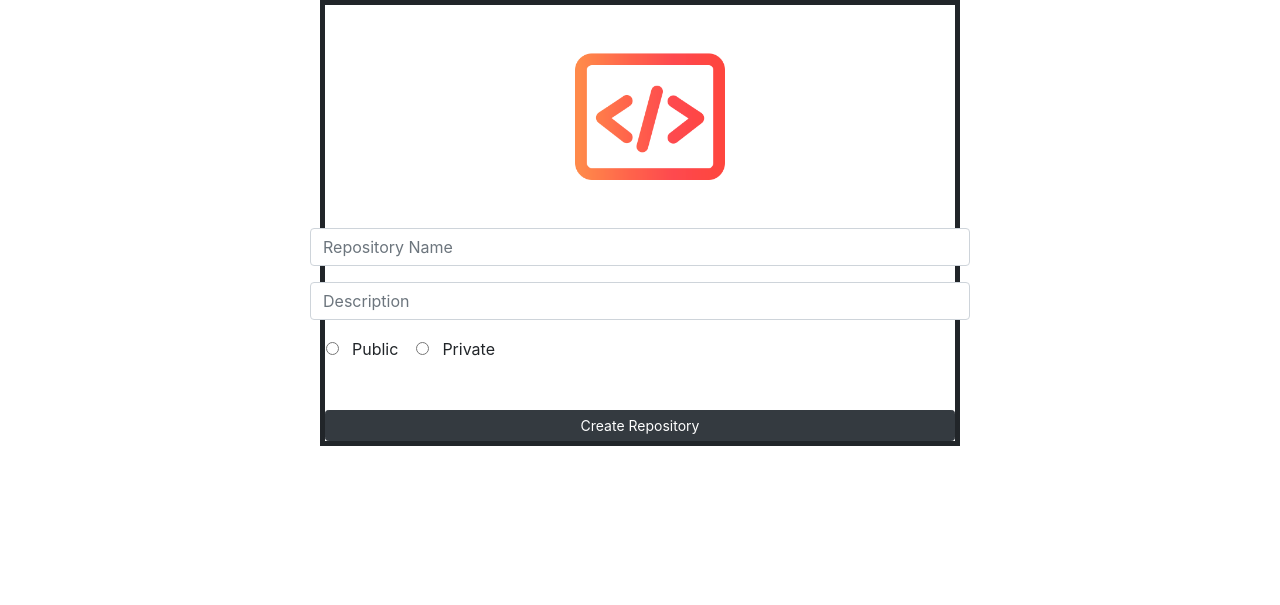
Repository: rashmikagamage/OAuth-Implementation
Page: /auth/github/callback (app in frontend/)
An editor plug-in stored every save of this project. The page is shown before and after the next save, followed by the edit.
The browser window is 1280 px wide. The pictures show the whole page.
Some web libraries are served in a nearby version. The project was rebuilt for these pictures with package versions that can differ from the ones it lists, and the page was loaded fresh each time. Also part of the build but not shown: frontend/src/css/twitter.css, frontend/src/components/login.js, frontend/src/components/twitter-home.js, frontend/src/components/login-git.js, frontend/src/App.css.

Above is the page before, as saved 2021-09-08 17:53:14.

After the next save:
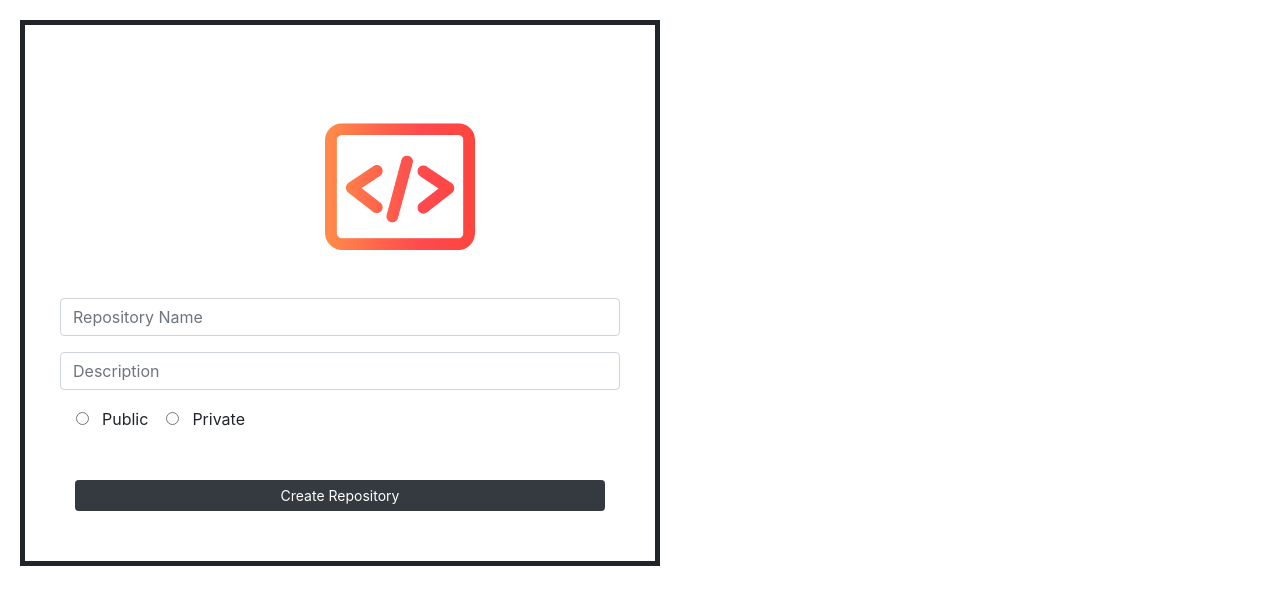
Saved 32 s later.
--- a/frontend/src/css/git.css
+++ b/frontend/src/css/git.css
@@ -3,8 +3,9 @@
   width: 50%;
   border-style: solid;
   border-width: 5px;
-  border-collapse: separate;
-  border-spacing: 55px;
+  padding: 50px;
+  margin: 20px;
+
 
 }
 
